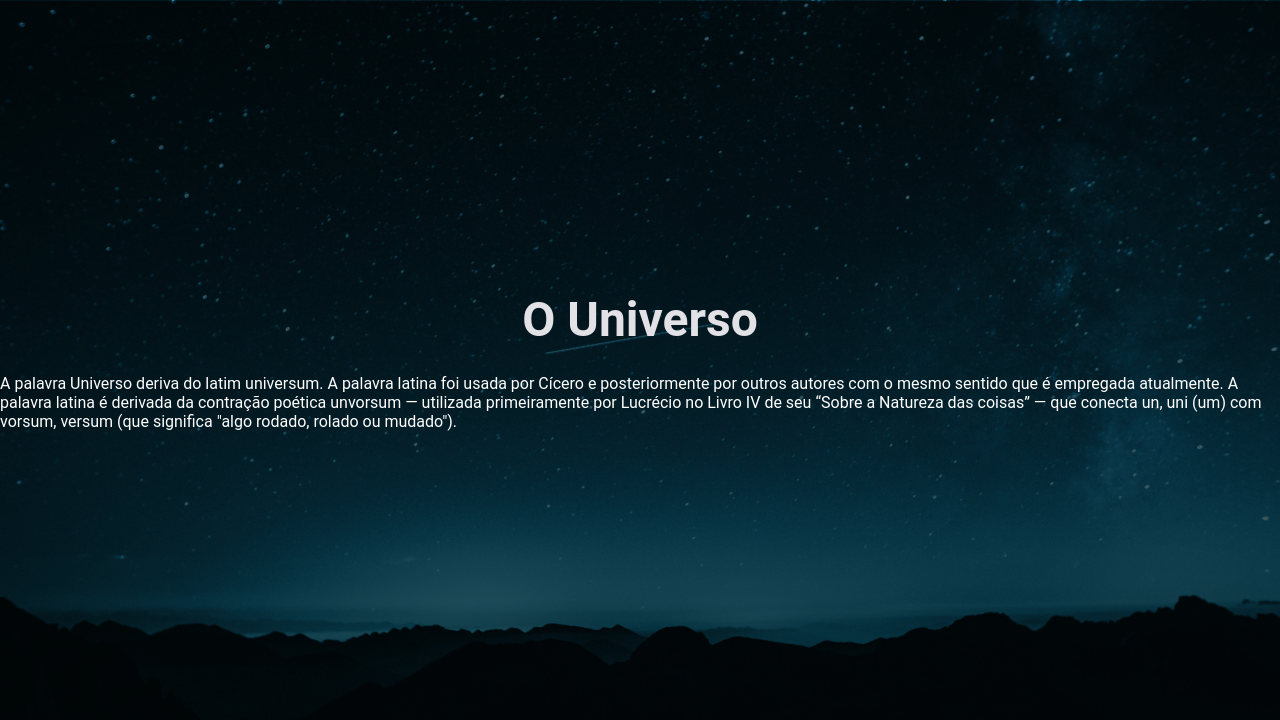
Repository: eltonneiferson/spaUniverse
Page: universe.html
The author's editor kept a copy of each file at every save. The page is drawn from the files as they stood at one save, then again after a run of saves.
The browser window is 1280 px wide. The pictures show the whole page.

Above is the page before, as saved 2022-10-26 22:49:16.

After the next 2 saves:
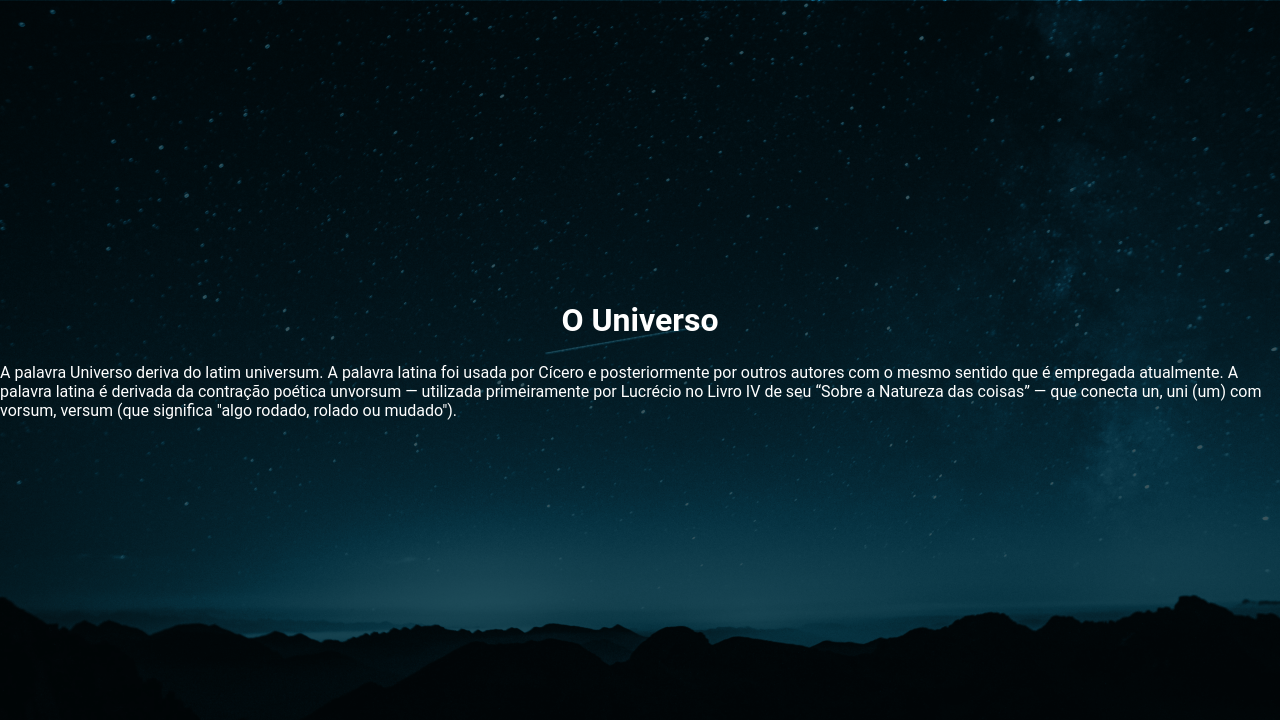
The 2 saves are shown as one change because they came seconds apart.
The last was saved 35 s later.
--- a/index.css
+++ b/index.css
@@ -49,6 +49,8 @@
     place-items: center;
 }
 
+main.universe
+
 main h1 {
     color: var(--font-color-h1);
     font-size: 48px;

After the 6 saves that followed:
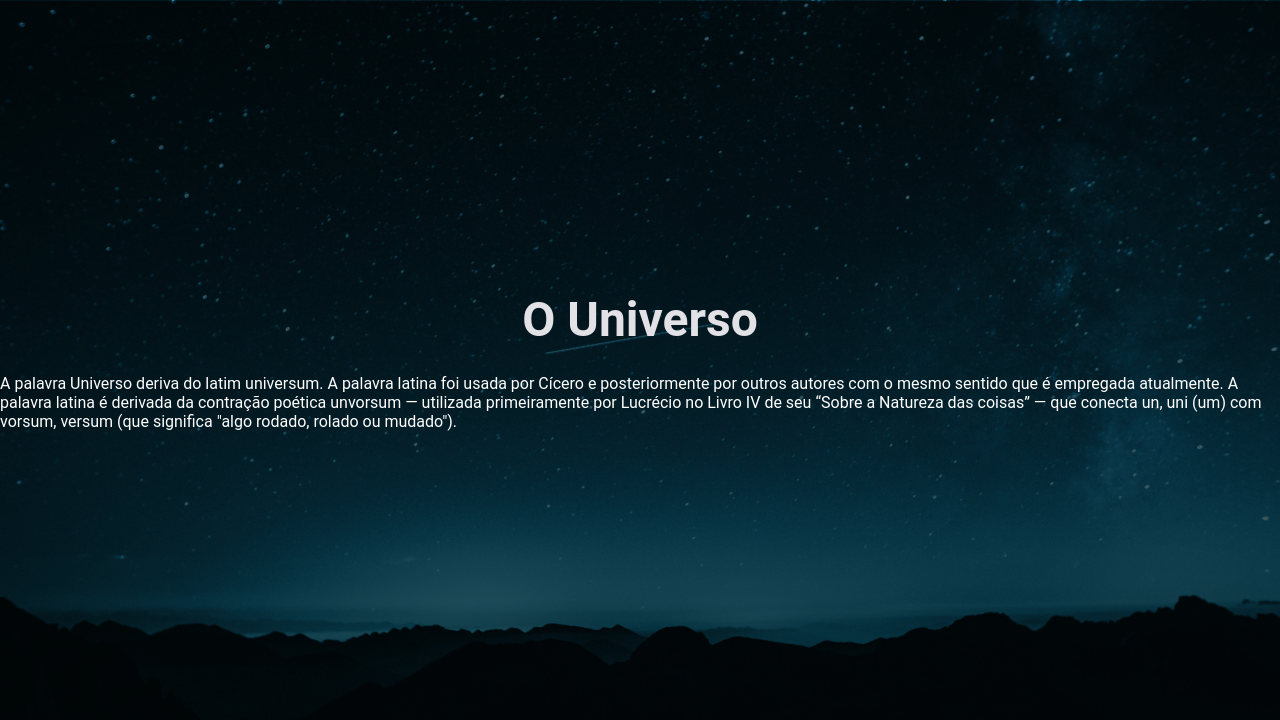
The 6 saves are shown as one change because 1 left the picture as it was and some came seconds apart.
The last was saved 19 s later.
--- a/index.css
+++ b/index.css
@@ -49,7 +49,9 @@
     place-items: center;
 }
 
-main.universe
+main#universe {
+
+}
 
 main h1 {
     color: var(--font-color-h1);
